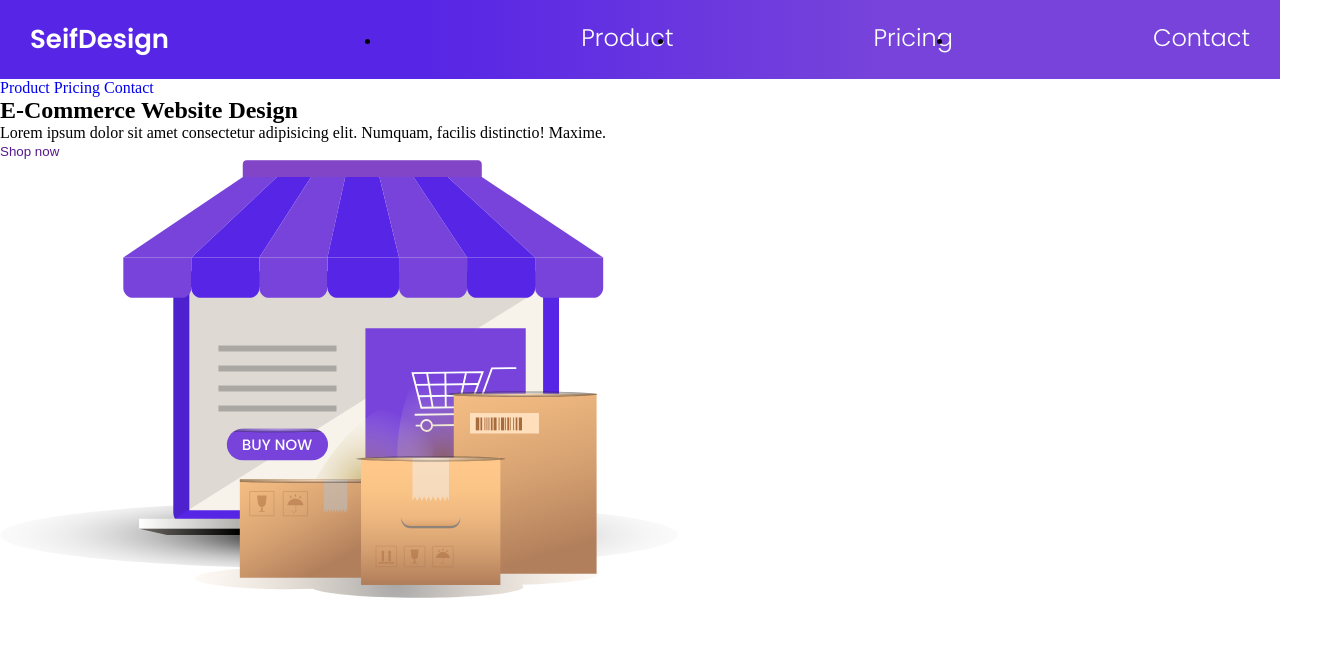
Repository: MehdiKerimov/figma-task-19
Page: pages/homePage/index.html
An editor plug-in stored every save of this project. The page is shown before and after the next save, followed by the edit.
The browser window is 1280 px wide. The page is 1280 px wide, then 1336 px, so the pictures cover 1336 px, including what lies to the right of the window. The pictures show the whole page.
The style sheet was rebuilt from its Sass, Less or Tailwind sources for each picture, by a compiler version that may differ from the author's.

Above is the page before, as saved 2024-01-20 15:39:48.

After the next save:
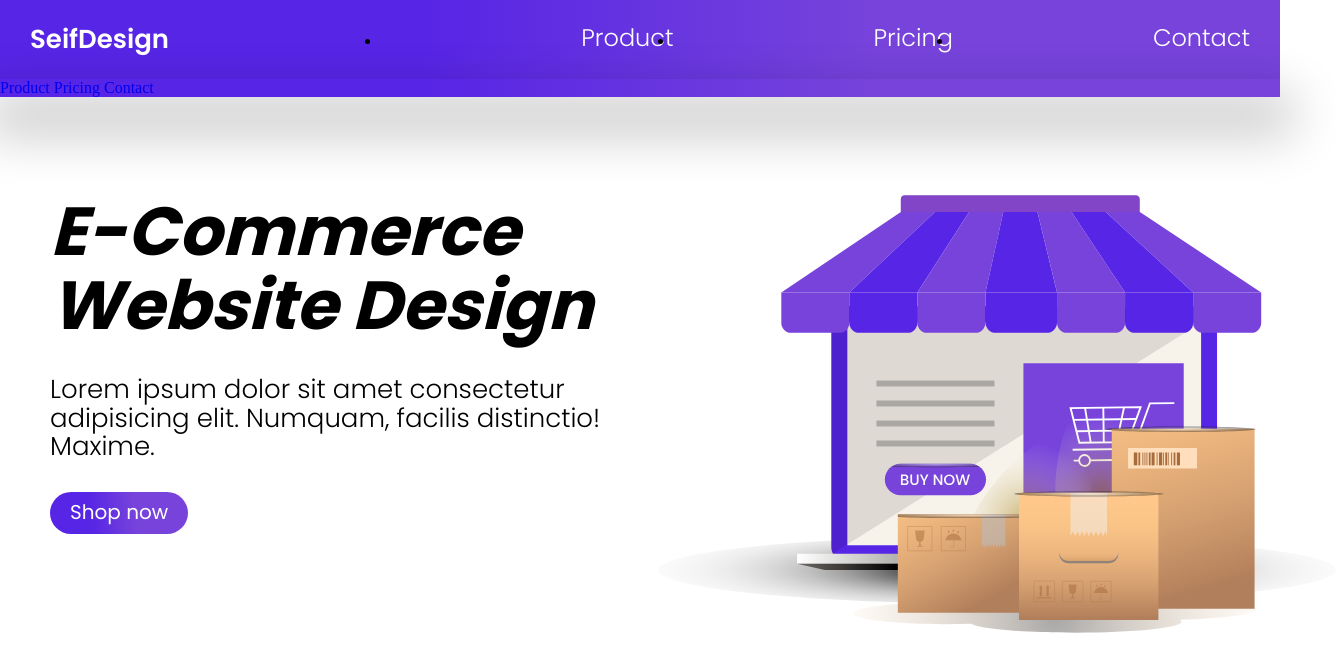
Saved 4 s later.
--- a/pages/homePage/index.scss
+++ b/pages/homePage/index.scss
@@ -39,7 +39,10 @@ display: block;
 }
 }
   }
-  .menu
+  .menu-list{
+    background: linear-gradient(270deg, #7743DB 31.64%, #5725E5 66.78%);
+box-shadow: 0px 26px 50px 14px rgba(0, 0, 0, 0.20);
+  }
   main {
     display: flex;
     padding: 98px 50px 43px 50px;
